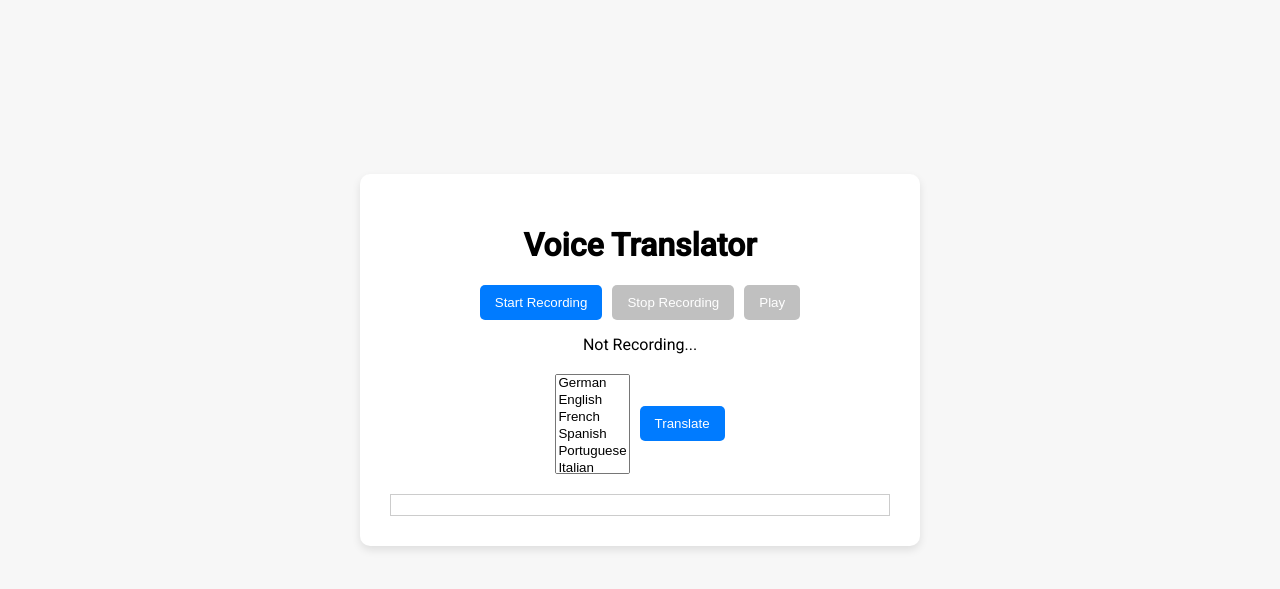
Repository: Tobby004/voice-and-text-translator
Page: index.html
The author's editor kept a copy of each file at every save. The page is drawn from the files as they stood at one save, then again after the next save.
The browser window is 1280 px wide. The pictures show the whole page.

Above is the page before, as saved 2023-08-31 10:42:46.

After the next save:
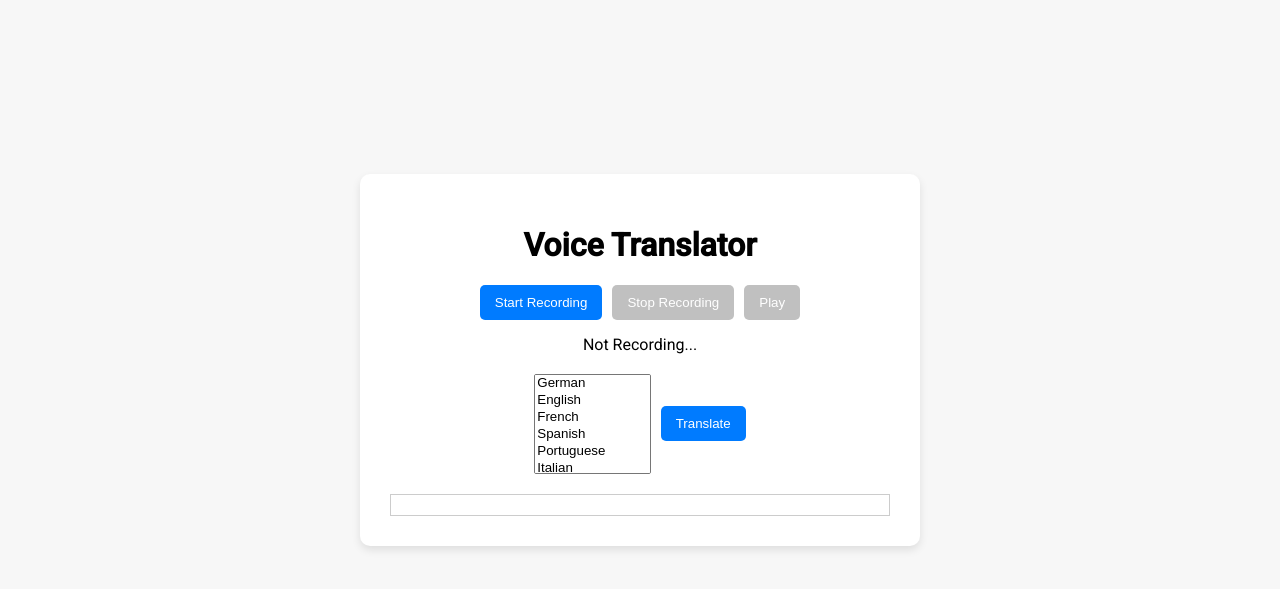
Saved 6 h 30 min later.
--- a/translator.js
+++ b/translator.js
@@ -1,45 +1,32 @@
-const LOCAL_PROXY_ENDPOINT = "http://localhost:8080/translate";
-const DEEPL_API_KEY = "7cfd8245-09e3-820a-a29e-fc9bdb1e7c8a:fx";  // Replace with your actual DeepL API key
+const MYMEMORY_ENDPOINT = "https://api.mymemory.translated.net/get";
+const MYMEMORY_EMAIL = "your_email_here";  // Replace with your email
 
-async function translateWithDeepL(sourceLang, targetLang, text) {
-    const requestData = {
-        auth_key: DEEPL_API_KEY,
-        source_lang: sourceLang,
-        target_lang: targetLang,
-        text: text
-    };
-
-    const response = await fetch(LOCAL_PROXY_ENDPOINT, {
-        method: 'POST',
-        headers: {
-            'Content-Type': 'application/json'
-        },
-        body: JSON.stringify(requestData)
-    });
+async function translateWithMyMemory(sourceLang, targetLang, text) {
+    const response = await fetch(`${MYMEMORY_ENDPOINT}?q=${encodeURIComponent(text)}&langpair=${sourceLang}|${targetLang}&de=${MYMEMORY_EMAIL}`);
 
     if (!response.ok) {
-        throw new Error("Failed to translate using DeepL");
+        throw new Error("Failed to translate using MyMemory");
     }
 
     const data = await response.json();
-    return data.translations[0].text;
+    return data.responseData.translatedText;
 }
 
 // This function populates the language dropdown with supported languages
 async function populateLanguageDropdown() {
-    // Languages supported by DeepL
+    // Languages supported by MyMemory (Note: This is a subset, there are many more supported languages)
     const supportedLanguages = [
-        { code: "DE", name: "German" },
-        { code: "EN", name: "English" },
-        { code: "FR", name: "French" },
-        { code: "ES", name: "Spanish" },
-        { code: "PT", name: "Portuguese" },
-        { code: "IT", name: "Italian" },
-        { code: "NL", name: "Dutch" },
-        { code: "PL", name: "Polish" },
-        { code: "RU", name: "Russian" },
-        { code: "JA", name: "Japanese" },
-        { code: "ZH", name: "Chinese" }
+        { code: "de", name: "German" },
+        { code: "en", name: "English" },
+        { code: "fr", name: "French" },
+        { code: "es", name: "Spanish" },
+        { code: "pt", name: "Portuguese" },
+        { code: "it", name: "Italian" },
+        { code: "nl", name: "Dutch" },
+        { code: "pl", name: "Polish" },
+        { code: "ru", name: "Russian" },
+        { code: "ja", name: "Japanese" },
+        { code: "zh-CN", name: "Chinese Simplified" }
     ];
     const languageSelect = document.getElementById("languageSelect");
     for (let lang of supportedLanguages) {
--- a/app.js
+++ b/app.js
@@ -72,7 +72,7 @@ async function translateRecording() {
     // Placeholder for sending the audioBlob to a voice-to-text service
     let transcribedText = "This is a placeholder for the transcribed text.";
 
-    const sourceLang = 'EN';  // DeepL uses uppercase language codes
+    const sourceLang = 'EN';  // Adjust as needed
     const languageSelect = document.getElementById("languageSelect");
     const selectedLanguages = Array.from(languageSelect.selectedOptions).map(option => option.value);
 
@@ -80,7 +80,7 @@ async function translateRecording() {
     translatedContainer.innerHTML = "";  // Clear previous translations
 
     for (let targetLang of selectedLanguages) {
-        let translated = await translateWithDeepL(sourceLang, targetLang, transcribedText);
+        let translated = await translateWithMyMemory(sourceLang, targetLang, transcribedText);
         let translatedDiv = document.createElement("div");
         translatedDiv.textContent = `Translation (${targetLang}): ${translated}`;
         translatedContainer.appendChild(translatedDiv);
